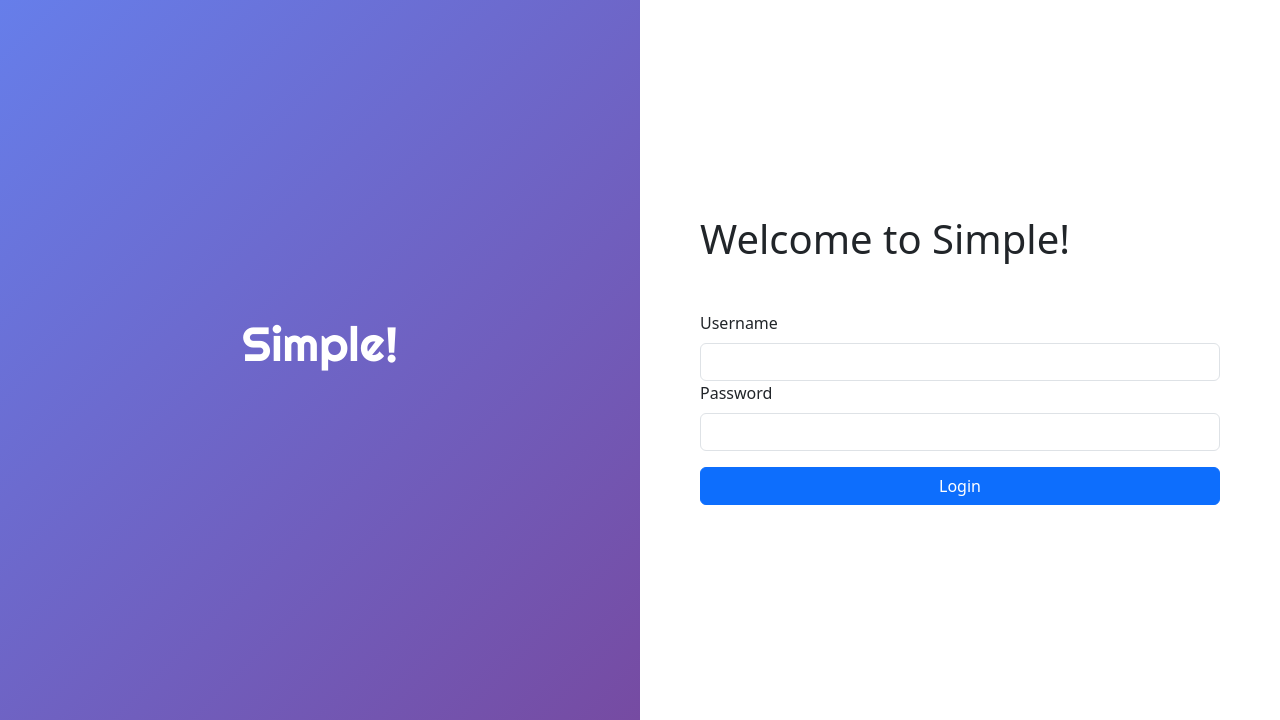
Repository: oboioz/SimpleTodoApp
Page: /todos (app in SimpleTodoAppFrontEnd/todo-app/)
An editor plug-in stored every save of this project. The page is shown before and after the next save, followed by the edit.
The browser window is 1280 px wide. The pictures show the whole page.
The project was rebuilt for these pictures with package versions that can differ from the ones it lists, and the page was loaded fresh each time.

Above is the page before, as saved 2024-04-03 20:47:34.

### SimpleTodoAppFrontEnd/todo-app/src/App.js
import 'bootstrap/dist/css/bootstrap.min.css';
import './App.css';
import TodoApp from './components/TodoApp';

function App() {
  return (
    <div className="App">
      <TodoApp />
    </div>
  )
}

export default App;

### SimpleTodoAppFrontEnd/todo-app/src/components/TodoApp.jsx
import LoginComponent from "./todo/Login/LoginComponent";

export default function TodoApp() {
    return (
        <div className="todo-app">
            <LoginComponent />
        </div>
    )
}

### SimpleTodoAppFrontEnd/todo-app/src/components/todo/Login/LoginComponent.jsx
import './LoginStyle.css';


function LoginComponent() {

    return (
        <div className="Login container-fluid">
            <div className="row">
                <div className="col gradient-background">
                    <div className="Logo">
                        Simple!
                    </div>
                </div>
                <div className="col">

                    <form className="LoginForm m-5">
                        <h1 class="mb-5">Welcome to Simple!</h1>
                        <div>
                            <label className="form-label">Username</label>
                            <input type="text" name="username" className="form-control" />
                        </div>
                        <div>
                            <label className="form-label">Password</label>
                            <input type="password" name="password" className="form-control" />
                        </div>

                        <button type="button" name="login" class="btn btn-primary mt-3">Login</button>
                    </form>
                </div>
            </div>
        </div>

    )

}

export default LoginComponent;

### SimpleTodoAppFrontEnd/todo-app/src/components/todo/Login/LoginStyle.css
@import url('https://fonts.googleapis.com/css2?family=Righteous&display=swap');

.row {
    display: flex;
    justify-content: center;
    align-items: center;
    height: 100vh;
}

.LoginForm {
    display: flex;
    flex-direction: column;
    text-align: left;
    justify-content: left;
    align-items: left;
    margin-top: -8vh;
}

.img {
    width: '100%';
    height: '100%';
    object-fit:'cover';
}

.gradient-background {
    background: linear-gradient(135deg, #667eea 0%, #764ba2 100%);
    height: 100%;
    display: flex;
    align-items: center;
    justify-content: center;
}

.Logo {
    font-family: 'Righteous', cursive;
    font-size: 3rem;
    color: white;
    margin-bottom: 2rem;
}

Loaded but not shown: SimpleTodoAppFrontEnd/todo-app/public/index.html (common file); SimpleTodoAppFrontEnd/todo-app/src/index.js (common file); SimpleTodoAppFrontEnd/todo-app/src/index.css (common file); SimpleTodoAppFrontEnd/todo-app/src/reportWebVitals.js (common file); SimpleTodoAppFrontEnd/todo-app/src/App.css (common file)

After the next save:
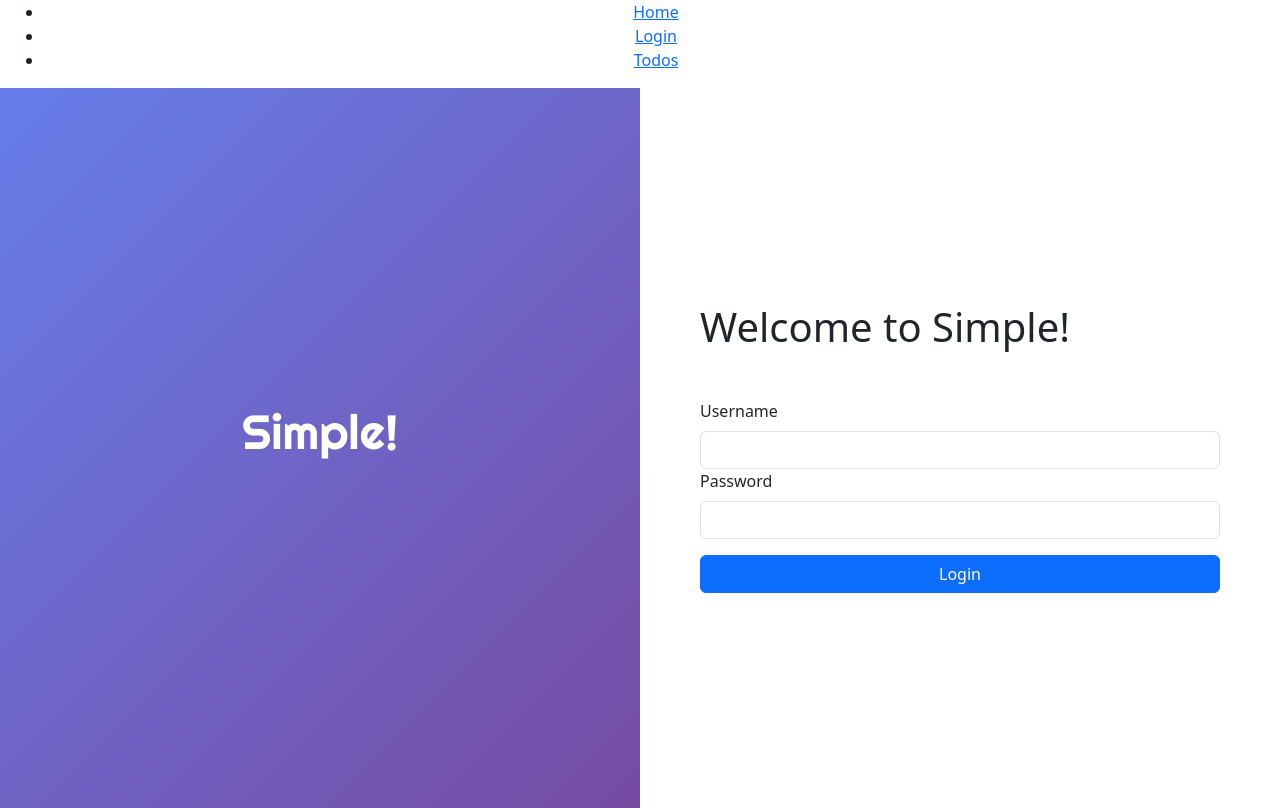
Saved 2 min 33 s later.
--- a/SimpleTodoAppFrontEnd/todo-app/src/components/todo/Login/LoginComponent.jsx
+++ b/SimpleTodoAppFrontEnd/todo-app/src/components/todo/Login/LoginComponent.jsx
@@ -4,7 +4,15 @@ import './LoginStyle.css';
 function LoginComponent() {
 
     return (
+
         <div className="Login container-fluid">
+            <nav>
+                <ul>
+                    <li><a href="/">Home</a></li>
+                    <li><a href="/login">Login</a></li>
+                    <li><a href="/todos">Todos</a></li>
+                </ul>
+            </nav>
             <div className="row">
                 <div className="col gradient-background">
                     <div className="Logo">
